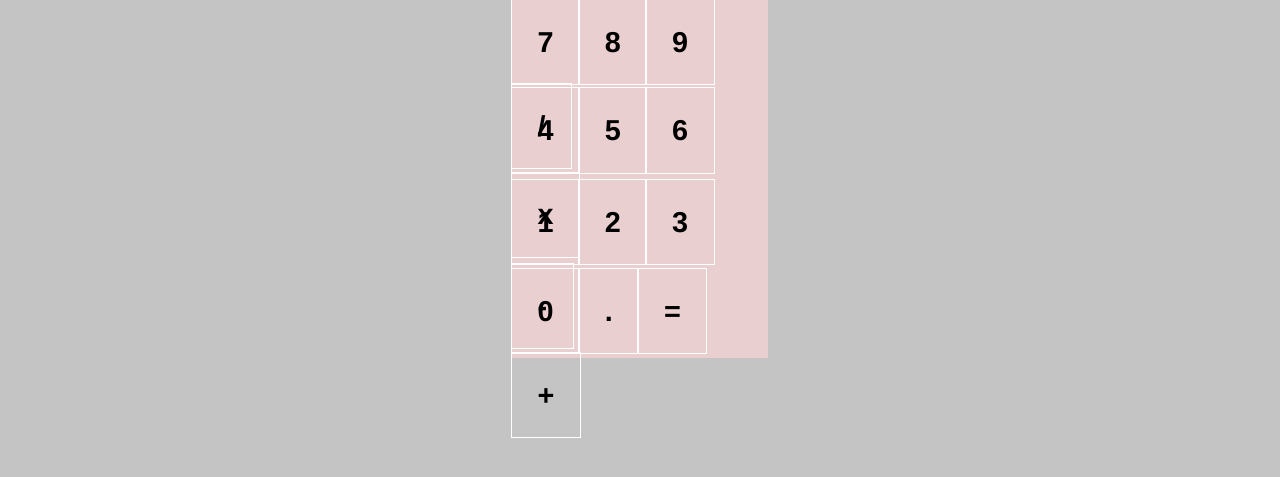
Repository: raulpenate/Calculadora-VUE3
Page: /
The author's editor kept a copy of each file at every save. The page is drawn from the files as they stood at one save, then again after the next save.
The browser window is 1280 px wide. The pictures show the whole page.
The project was rebuilt for these pictures with package versions that can differ from the ones it lists, and the page was loaded fresh each time. Also part of the build but not shown: src/components/HelloWorld.vue.

Above is the page before, as saved 2022-03-11 08:33:27.

After the next save:
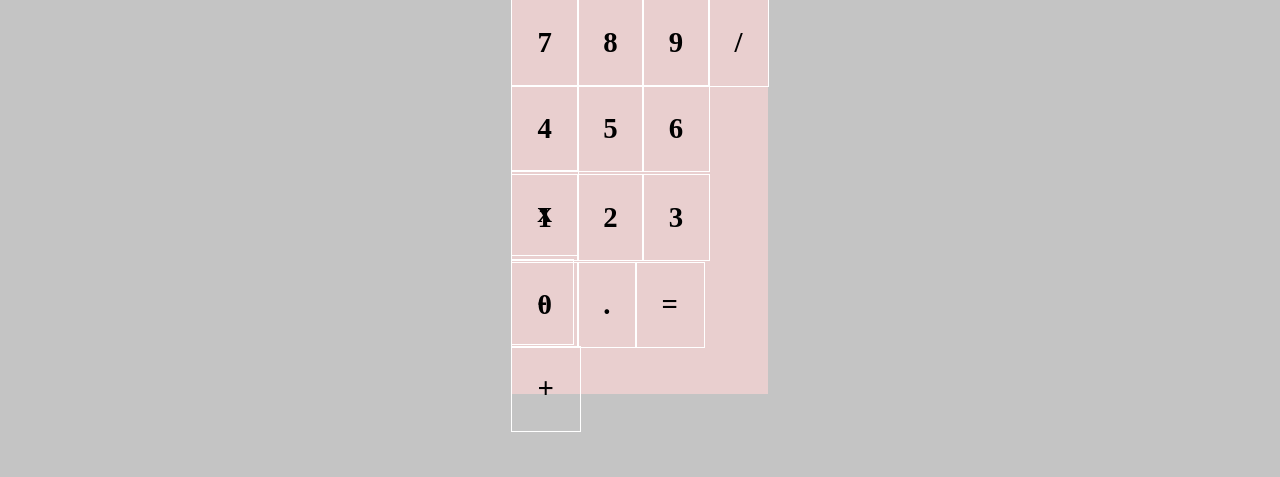
Saved 8 s later.
--- a/src/App.vue
+++ b/src/App.vue
@@ -17,8 +17,6 @@
 
 <style>
 #app {
-  font-family: Avenir, Helvetica, Arial, sans-serif;
-  -webkit-font-smoothing: antialiased;
-  -moz-osx-font-smoothing: grayscale;
+;
 }
 </style>

After the 2 saves that followed:
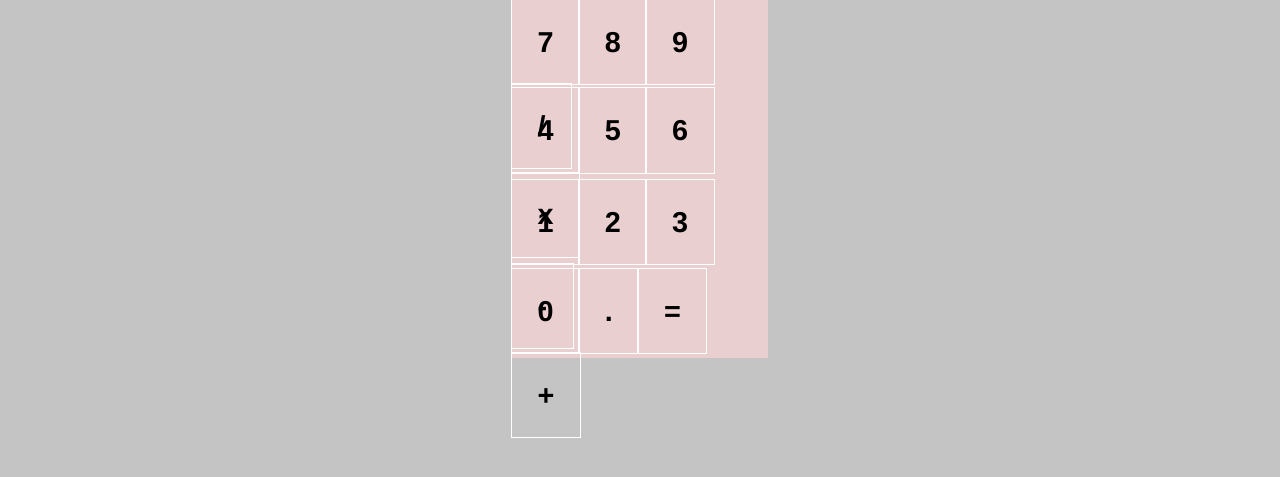
The 2 saves are shown as one change because they came seconds apart.
The last was saved 8 s later.
--- a/src/App.vue
+++ b/src/App.vue
@@ -17,6 +17,8 @@
 
 <style>
 #app {
-;
+  font-family: Avenir, Helvetica, Arial, sans-serif;
+  -webkit-font-smoothing: antialiased;
+  -moz-osx-font-smoothing: grayscale;
 }
 </style>
